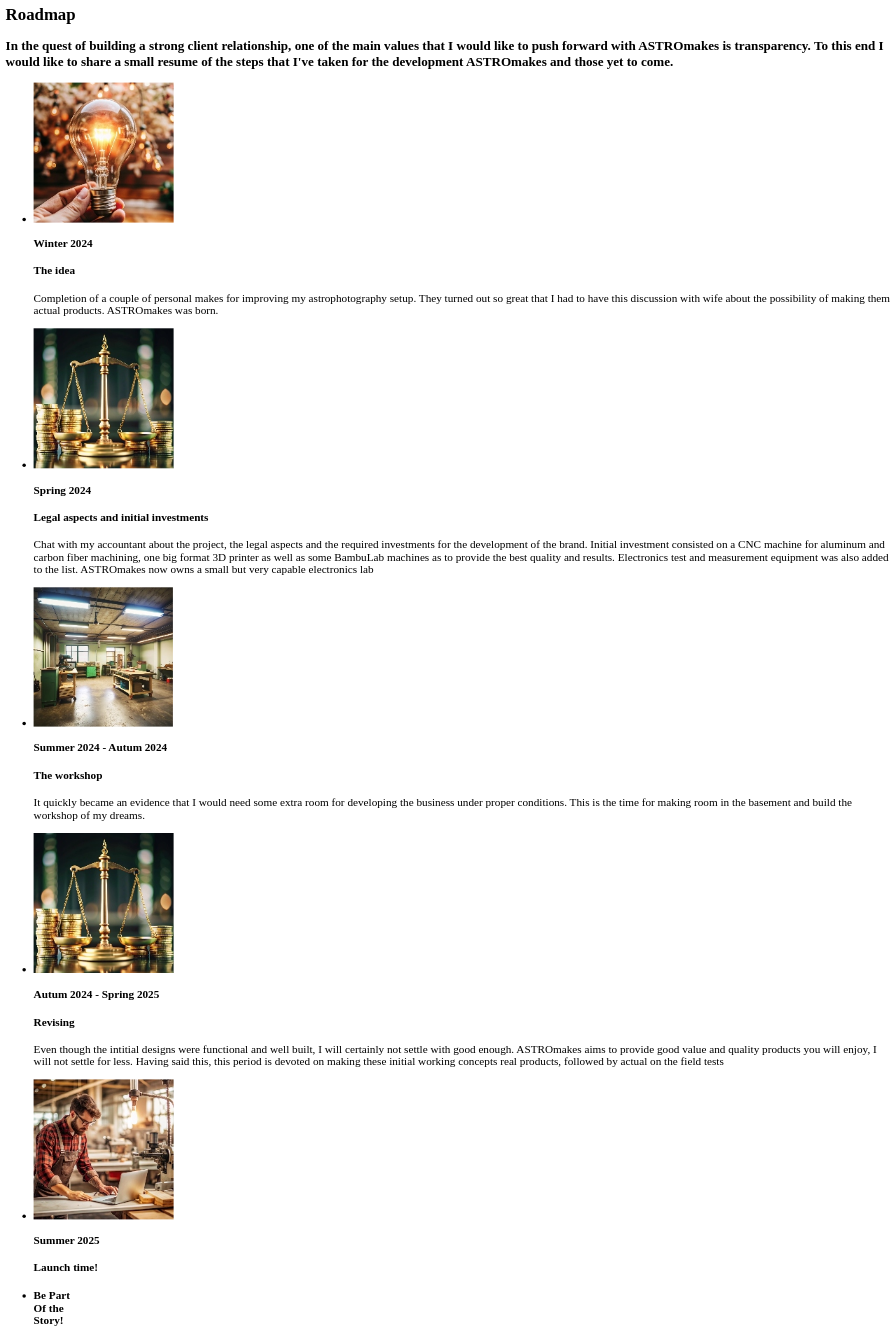
Repository: amazeika/astromakes-landing-page
Page: _includes/roadmap.html
The author's editor kept a copy of each file at every save. The page is drawn from the files as they stood at one save, then again after a run of saves.
The browser window is 1280 px wide. The pictures show the whole page, at 70% of full size.

Above is the page before, as saved 2024-07-20 22:20:45.

After the next 2 saves:
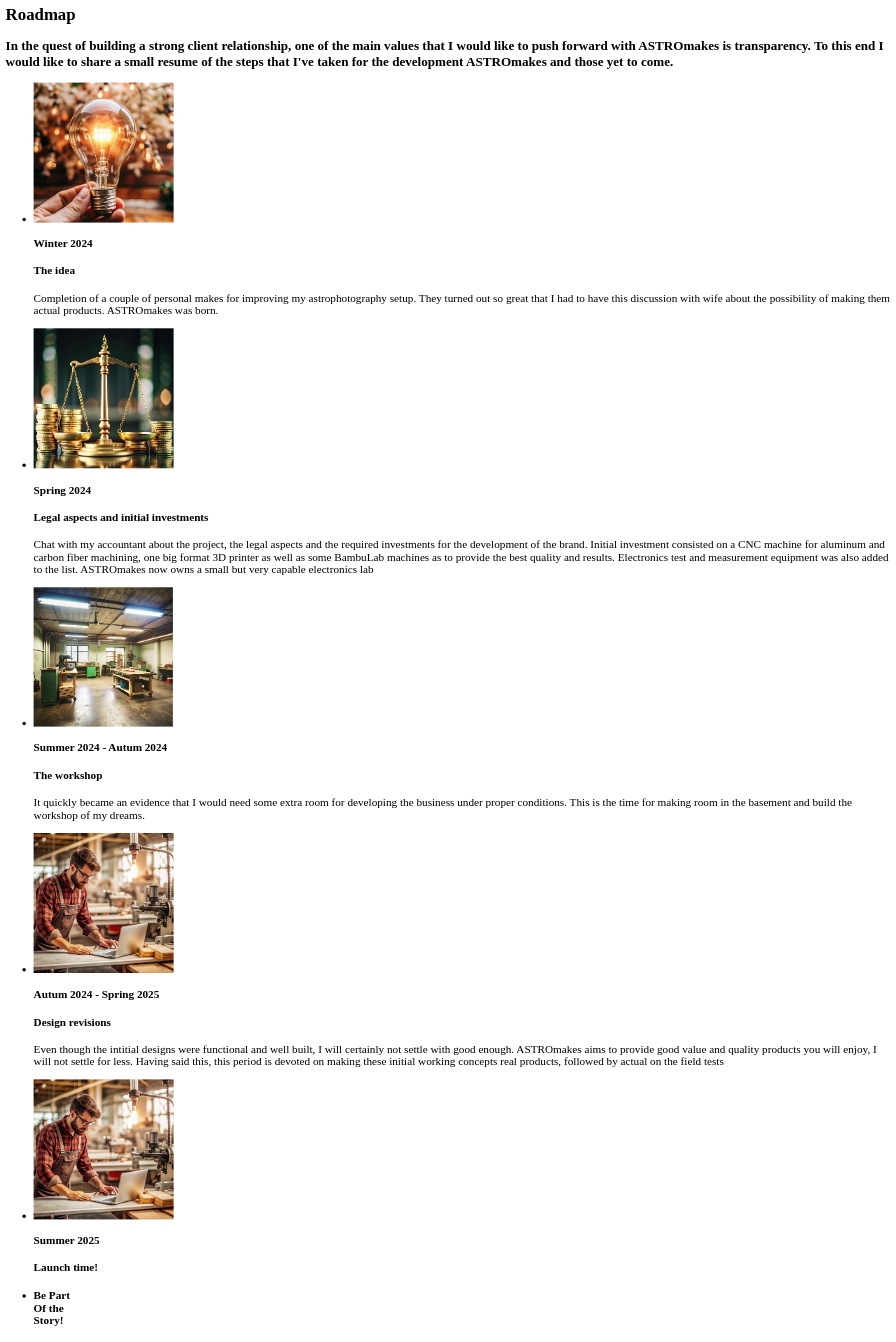
The 2 saves are shown as one change because they came seconds apart.
The last was saved 12 min 25 s later.
--- a/_includes/roadmap.html
+++ b/_includes/roadmap.html
@@ -54,12 +54,12 @@
                         </li>
                         <li class="timeline-inverted">
                             <div class="timeline-image">
-                                <img class="img-circle img-responsive" src="img/about/2.jpg" alt="">
+                                <img class="img-circle img-responsive" src="img/about/4.jpg" alt="">
                             </div>
                             <div class="timeline-panel">
                                 <div class="timeline-heading">
                                     <h4>Autum 2024 - Spring 2025</h4>
-                                    <h4 class="subheading">Revising</h4>
+                                    <h4 class="subheading">Design revisions</h4>
                                 </div>
                                 <div class="timeline-body">
                                     <p class="text-muted">Even though the intitial designs were functional and well built, I will certainly not settle with good enough. ASTROmakes aims to provide good value and quality products you will enjoy, I will not settle for less. Having said this, this period is devoted on making these initial working concepts real products, followed by actual on the field tests</p>
